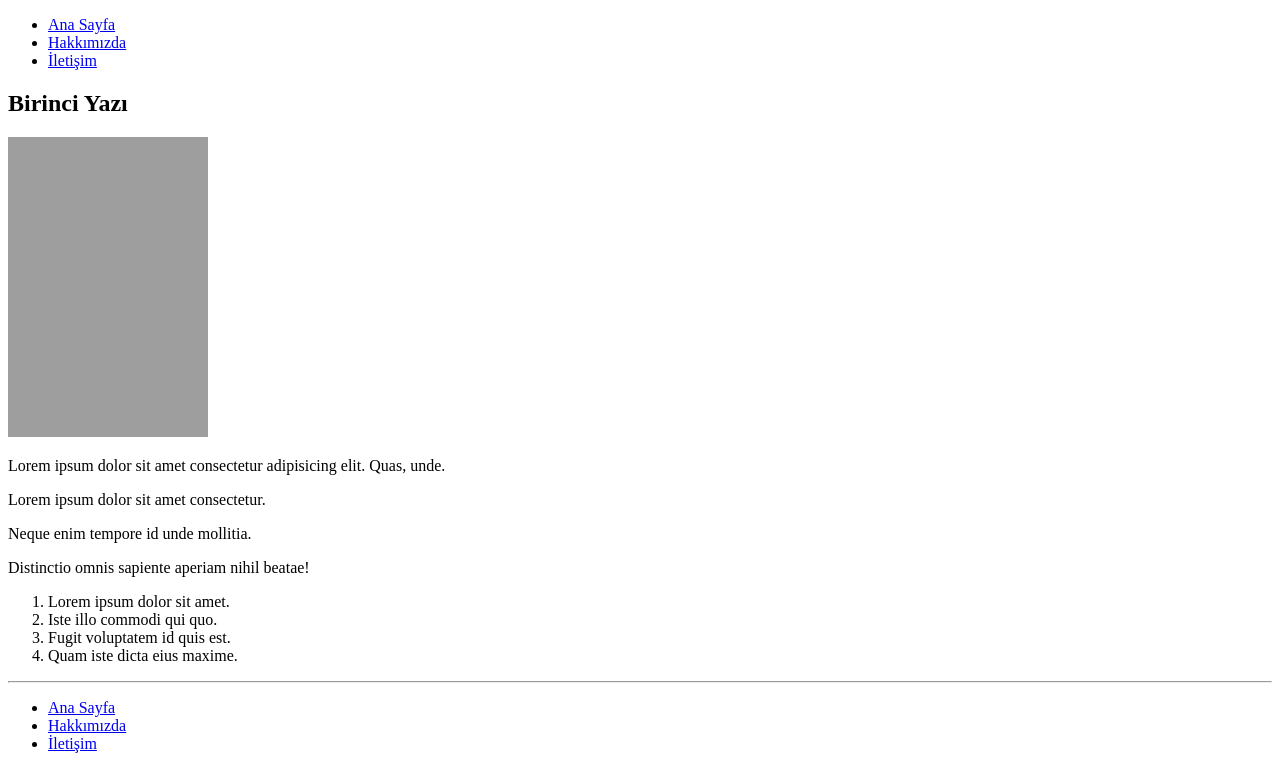
Repository: rizacantire/html
Page: Practice/about-us.html
The author's editor kept a copy of each file at every save. The page is drawn from the files as they stood at one save, then again after the next save.
The browser window is 1280 px wide. The pictures show the whole page.
Pictures or frames that could not be fetched are drawn as grey boxes.

Above is the page before, as saved 2021-12-06 23:48:30.

After the next save:
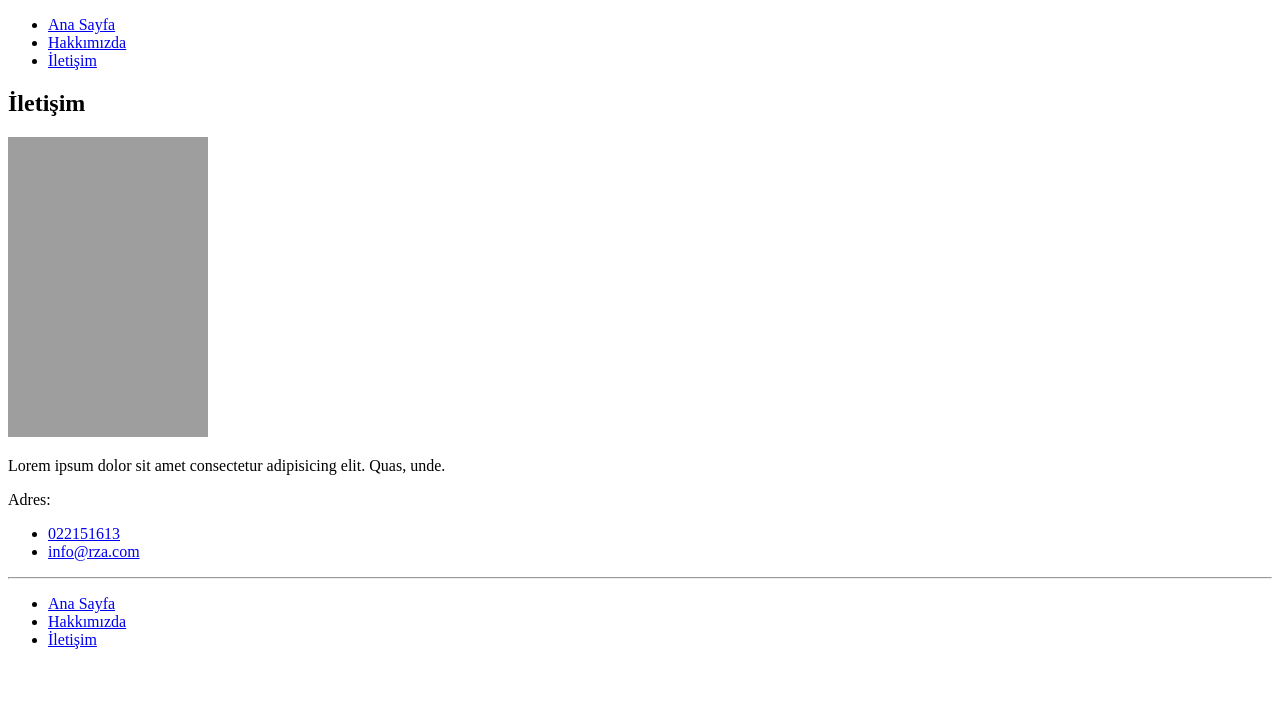
Saved 61 s later.
--- a/Practice/about-us.html
+++ b/Practice/about-us.html
@@ -23,18 +23,16 @@
     <section>
         <!-- Articles - Start -->
         <article>
-            <h2>Birinci Yazı</h2>
+            <h2>İletişim</h2>
             <img src="https://picsum.photos/id/8/200/300" alt="Yazı 1">
             <p>Lorem ipsum dolor sit amet consectetur adipisicing elit. Quas, unde.</p>
-            <p>Lorem ipsum dolor sit amet consectetur.</p>
-            <p>Neque enim tempore id unde mollitia.</p>
-            <p>Distinctio omnis sapiente aperiam nihil beatae!</p>
-            <ol>
-                <li>Lorem ipsum dolor sit amet.</li>
-                <li>Iste illo commodi qui quo.</li>
-                <li>Fugit voluptatem id quis est.</li>
-                <li>Quam iste dicta eius maxime.</li>
-            </ol>
+            <p>
+                Adres:
+            </p>
+            <ul>
+                <li><a href="tel:022151613">022151613</a></li>
+                <li><a href="mailto:info@rza.com">info@rza.com</a></li>
+            </ul>
             <hr>
         </article>
         <!-- Articles - End -->

After the save that followed:
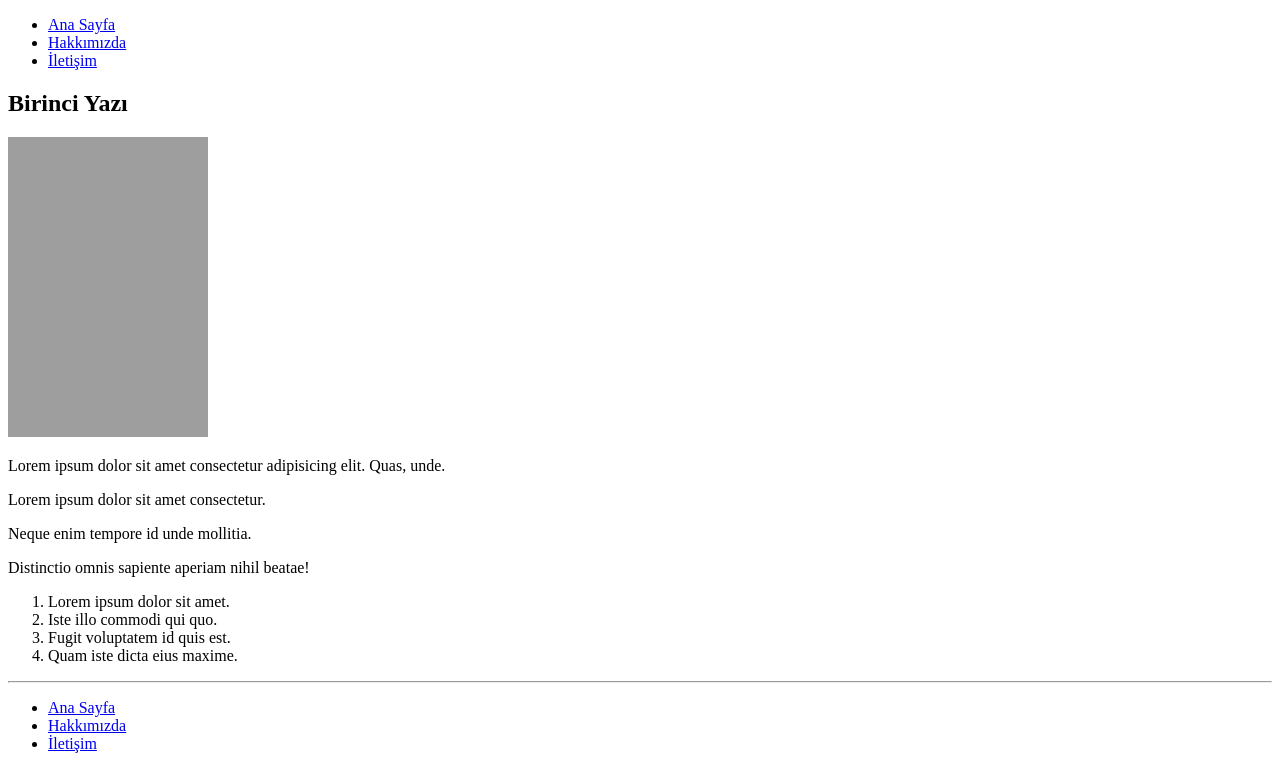
Saved 38 s later.
--- a/Practice/about-us.html
+++ b/Practice/about-us.html
@@ -4,7 +4,7 @@
     <meta charset="UTF-8">
     <meta http-equiv="X-UA-Compatible" content="IE=edge">
     <meta name="viewport" content="width=device-width, initial-scale=1.0">
-    <title>Hakkımızda</title>
+    <title>İletişim</title>
 </head>
 <body>
     <!-- Navbar - Start -->
@@ -23,18 +23,20 @@
     <section>
         <!-- Articles - Start -->
         <article>
-            <h2>İletişim</h2>
-            <img src="https://picsum.photos/id/8/200/300" alt="Yazı 1">
+            <h2>Birinci Yazı</h2>
+            <img src="https://picsum.photos/id/132/200/300" alt="Yazı 1">
             <p>Lorem ipsum dolor sit amet consectetur adipisicing elit. Quas, unde.</p>
-            <p>
-                Adres:
-            </p>
-            <ul>
-                <li><a href="tel:022151613">022151613</a></li>
-                <li><a href="mailto:info@rza.com">info@rza.com</a></li>
-            </ul>
+            <p>Lorem ipsum dolor sit amet consectetur.</p>
+            <p>Neque enim tempore id unde mollitia.</p>
+            <p>Distinctio omnis sapiente aperiam nihil beatae!</p>
+            <ol>
+                <li>Lorem ipsum dolor sit amet.</li>
+                <li>Iste illo commodi qui quo.</li>
+                <li>Fugit voluptatem id quis est.</li>
+                <li>Quam iste dicta eius maxime.</li>
+            </ol>
             <hr>
-        </article>
+
         <!-- Articles - End -->
     </section>
     <!-- Content - End -->
